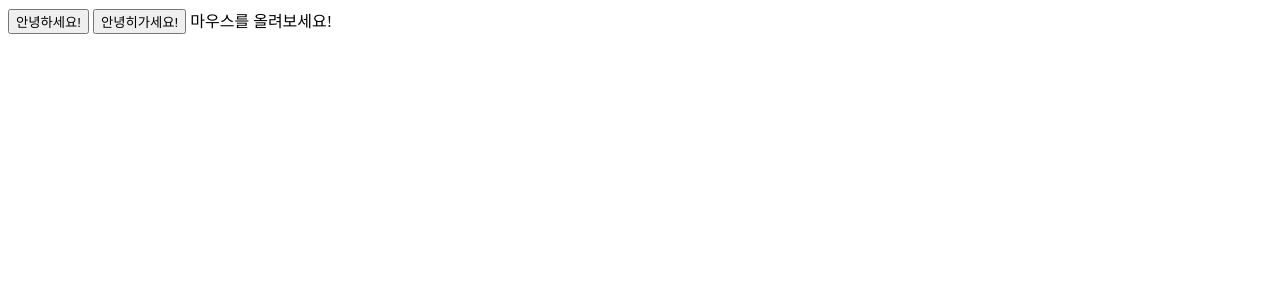
Repository: Dalso13/workspace
Page: workspace_exam/Test_1/WebContent/03_javascript/04_마우스이벤트.html
These files come from the project's save history. The page is drawn as it stood at one moment and after the next save; the edit follows.
The browser window is 1280 px wide. The pictures show the whole page.

Above is the page before, as saved 2023-03-16 03:51:28.

### workspace_exam/Test_1/WebContent/03_javascript/04_마우스이벤트.html
<!DOCTYPE html>
<html>
<head>
<meta charset="UTF-8">
<title>Insert title here</title>
<script type="text/javascript">

	function func1() {
		alert("안녕하세요!")
		//id가 box인 요소의 내부 글자를
		// "안녕하세요!" 로 변경

	}
	function func2() {
		alert("안녕히가세요!")
		//id가 box인 요소의 내부 글자를
		// "안녕히가세요!" 로 변경
	}
</script>
</head>
<body>
	<div id="box" onmouseover="" onmouseout="">
	<button onclick="func1()">안녕하세요!</button>
	<button onclick="func2()">안녕히가세요!</button>
		마우스를 올려보세요!
	</div>
</body>
</html>

After the next save:
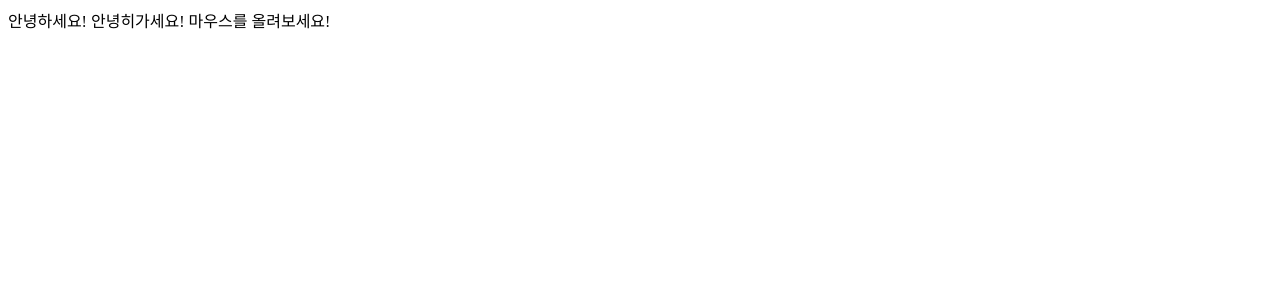
Saved 68 s later.
--- a/workspace_exam/Test_1/WebContent/03_javascript/04_마우스이벤트.html
+++ b/workspace_exam/Test_1/WebContent/03_javascript/04_마우스이벤트.html
@@ -20,8 +20,8 @@
 </head>
 <body>
 	<div id="box" onmouseover="" onmouseout="">
-	<button onclick="func1()">안녕하세요!</button>
-	<button onclick="func2()">안녕히가세요!</button>
+	<onload onclick="func1()">안녕하세요!
+	<onload onclick="func2()">안녕히가세요!
 		마우스를 올려보세요!
 	</div>
 </body>

After the save that followed:
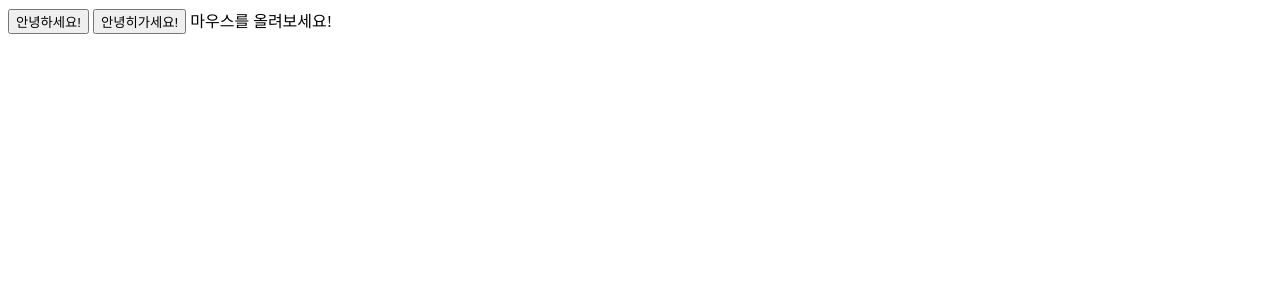
Saved 37 s later.
--- a/workspace_exam/Test_1/WebContent/03_javascript/04_마우스이벤트.html
+++ b/workspace_exam/Test_1/WebContent/03_javascript/04_마우스이벤트.html
@@ -20,8 +20,8 @@
 </head>
 <body>
 	<div id="box" onmouseover="" onmouseout="">
-	<onload onclick="func1()">안녕하세요!
-	<onload onclick="func2()">안녕히가세요!
+	<button onclick="func1()">안녕하세요!</button>
+	<button onclick="func2()">안녕히가세요!</button>
 		마우스를 올려보세요!
 	</div>
 </body>
